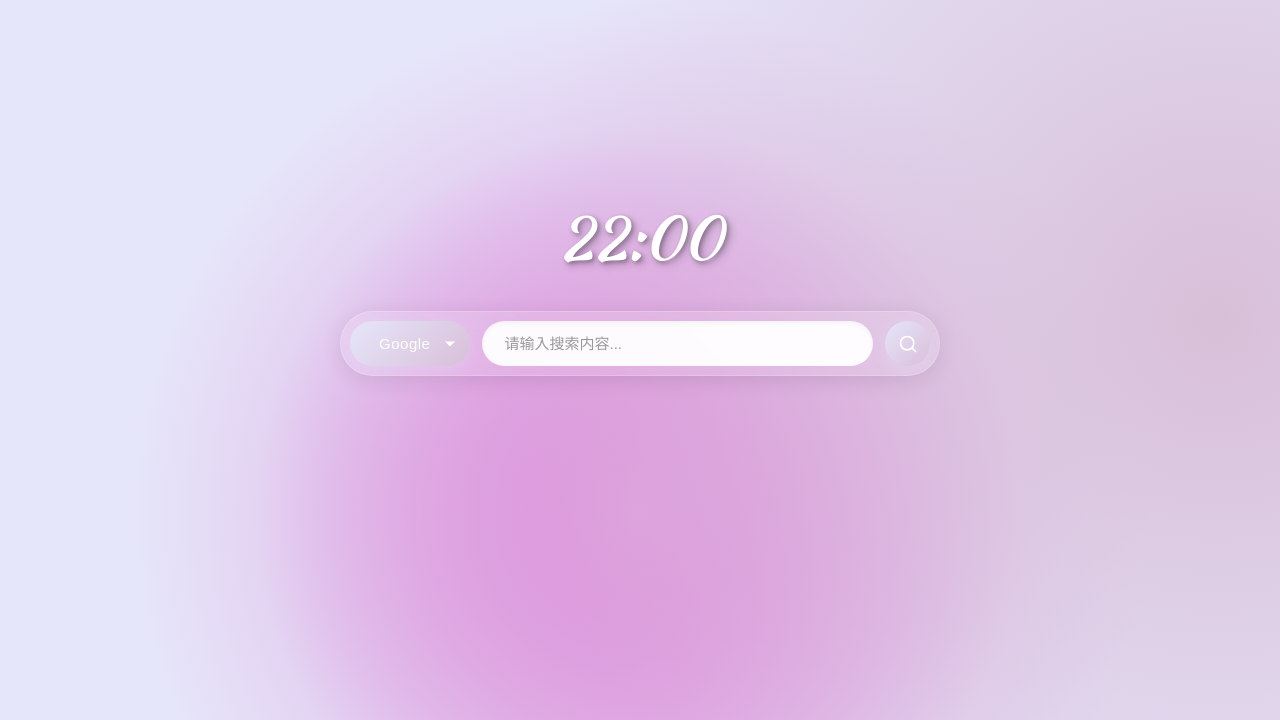
Repository: RADEKWRLD/NaviR
Page: index.html
An editor plug-in stored every save of this project. The page is shown before and after the next save, followed by the edit.
The browser window is 1280 px wide. The pictures show the whole page.

Above is the page before, as saved 2025-05-23 23:19:51.
Console error: TypeError: Cannot read properties of null (reading 'appendChild')

After the next save:
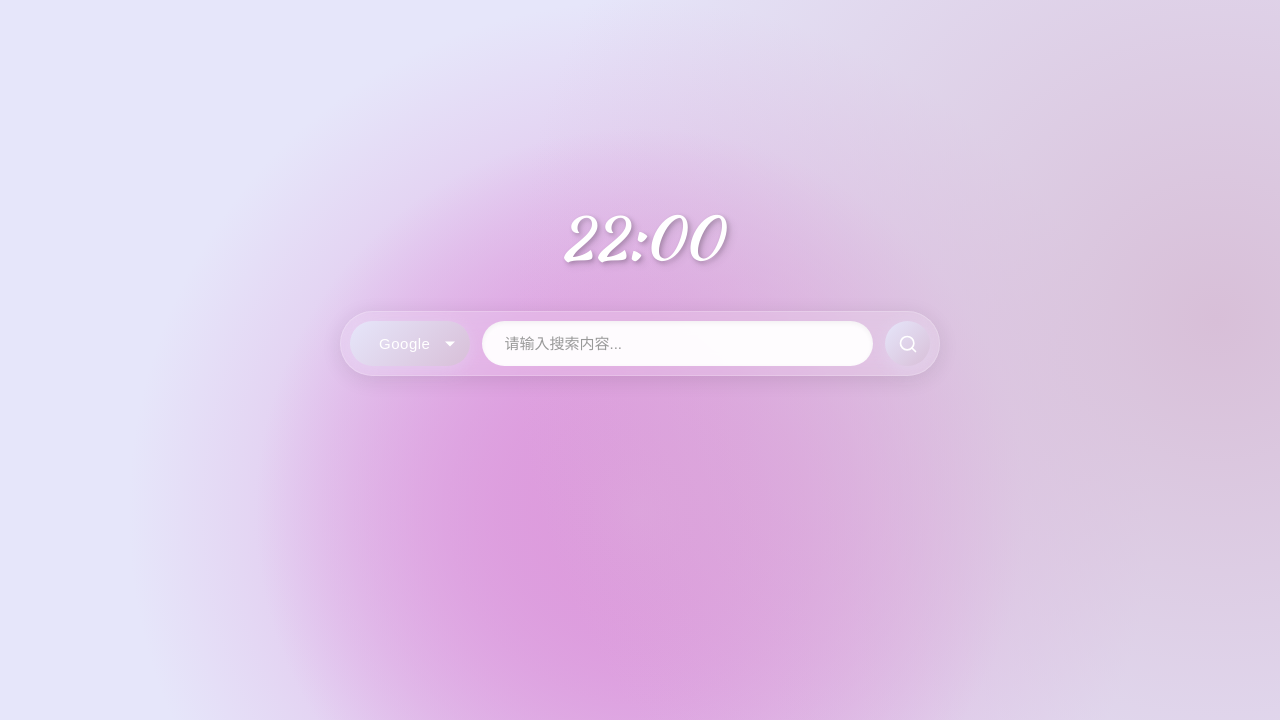
Saved 15 s later.
--- a/style.css
+++ b/style.css
@@ -446,8 +446,8 @@ body {
     font-size: 4rem;
     color: #fff;
     font-family: 'Kaushan Script', cursive;
-    text-shadow: 2px 2px 4px rgba(0, 0, 0, 0.3),
-                 4px 4px 8px rgba(0, 0, 0, 0.2);
+    text-shadow: 2px 2px 4px rgba(0, 0, 0, 0.2),
+                 4px 4px 8px rgba(0, 0, 0, 0.1);
 }
 
 .search-container {
